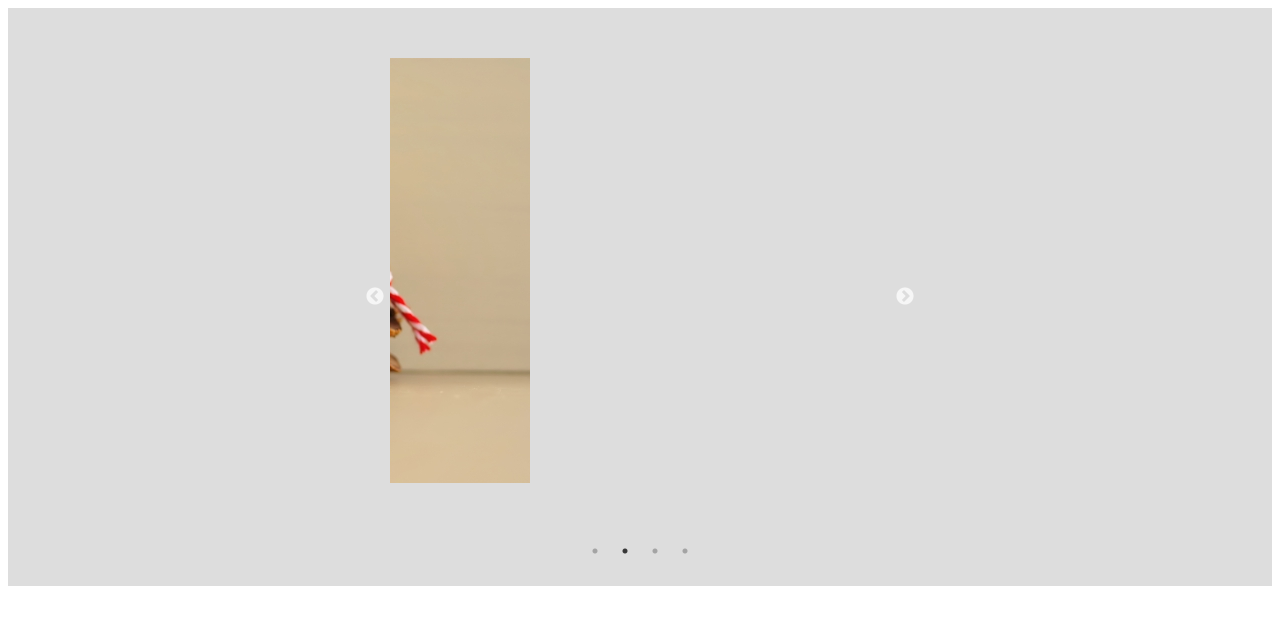
Repository: 92hisa/js-slideshow
Page: index.html
The author's editor kept a record of every edit. The page is drawn from the files as they stood at one moment, then again after the next edit.
The browser window is 1280 px wide. The pictures show the whole page.

Above is the page before.

### index.html
<!DOCTYPE html>
<html lang="ja">
<head>
    <meta charset="UTF-8">
    <meta name="viewport" content="width=device-width, initial-scale=1.0">
    <meta http-equiv="X-UA-Compatible" content="ie=edge">
    <link rel="stylesheet" href="slick/slick.css">
    <link rel="stylesheet" href="slick/slick-theme.css">
    <link rel="stylesheet" href="main.css">
    <title>Document</title>
</head>
<body>
    <div id="wrap">
        <div id="slider">
            <div><img src="img/1.jpg"></div>
            <div><img gitsrc="img/2.jpg"></div>
            <div><img src="img/3.jpg"></div>
            <div><img src="img/4.jpg"></div>
        </div>
    </div>
    <script src="https://ajax.googleapis.com/ajax/libs/jquery/3.5.1/jquery.min.js"></script>
    <script src="slick/slick.min.js"></script>
    <script src="main.js"></script>
</body>
</html>

### main.css
#wrap{
  background-color: #ddd;
  padding: 50px 0;
}
#slider{
  width: 500px;
  margin: auto;
}

### main.js
$(function(){
  $("#slider").slick({
      autoplay: true,
      autoplayspeed: 4000,
      dots: true
  });
});

Loaded but not shown: slick/slick.css (common file); slick/slick-theme.css (library); slick/slick.min.js (library)

After the next edit:
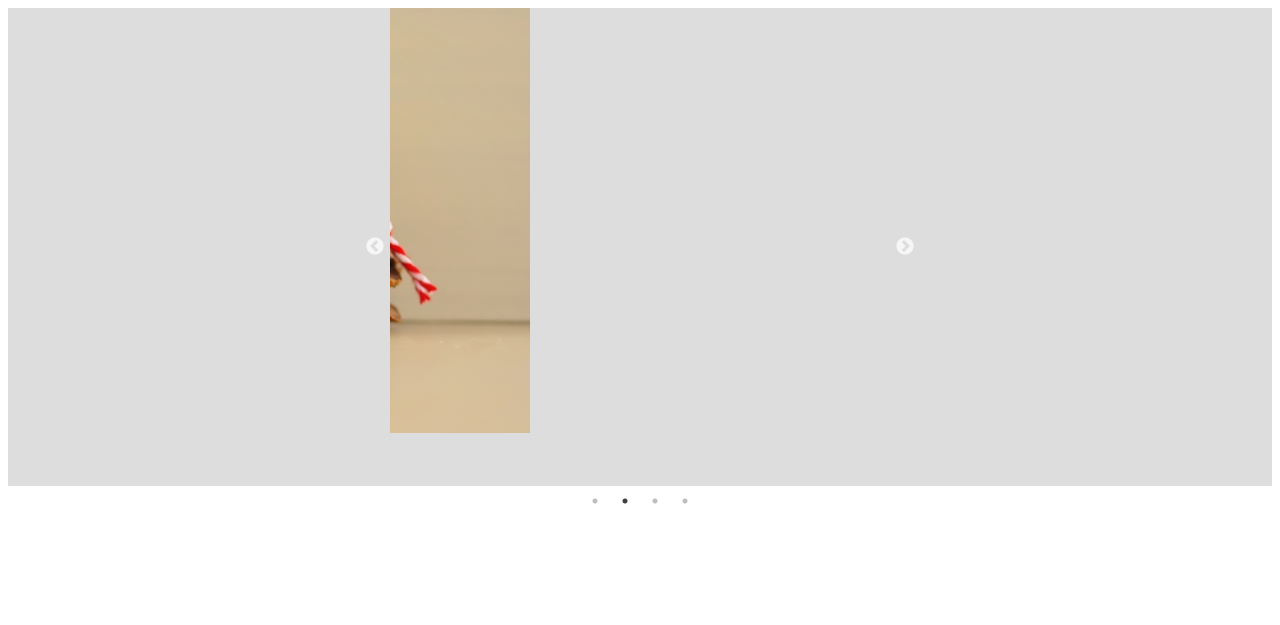
The edit:
--- a/main.css
+++ b/main.css
@@ -1,6 +1,5 @@
 #wrap{
   background-color: #ddd;
-  padding: 50px 0;
 }
 #slider{
   width: 500px;
